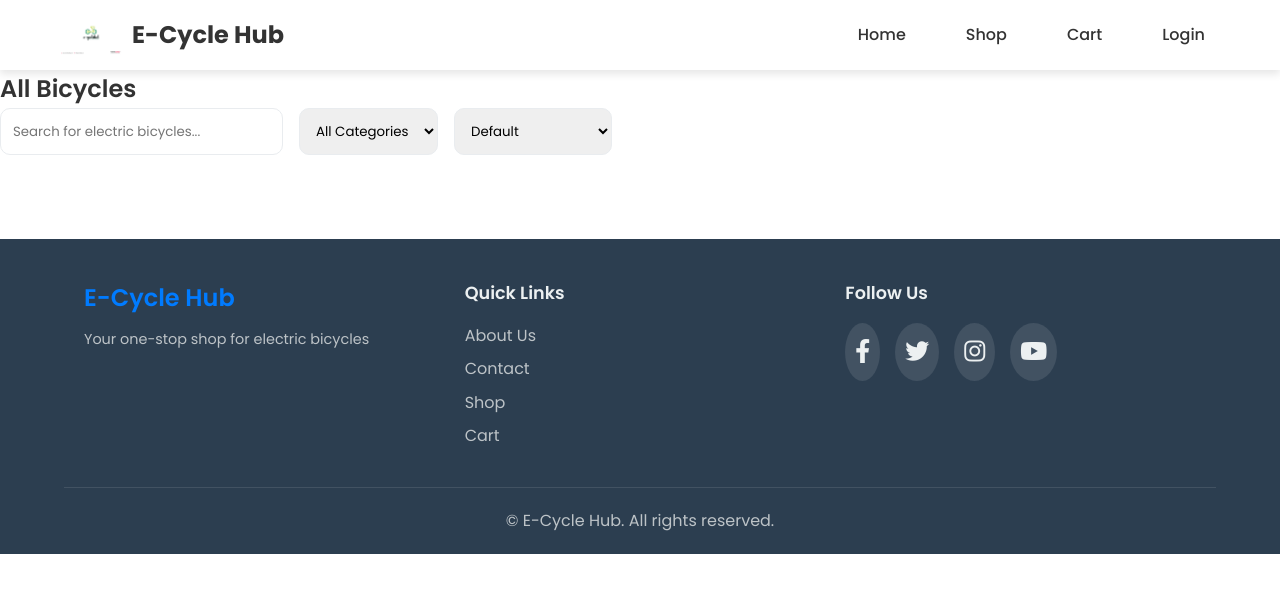
Repository: Rutuja-g/E-Cycle-Hub
Page: public/products.html
The author's editor kept a copy of each file at every save. The page is drawn from the files as they stood at one save, then again after the next save.
The browser window is 1280 px wide. The pictures show the whole page.

Above is the page before, as saved 2025-10-24 16:01:45.
Console error: ReferenceError: l is not defined

After the next save:
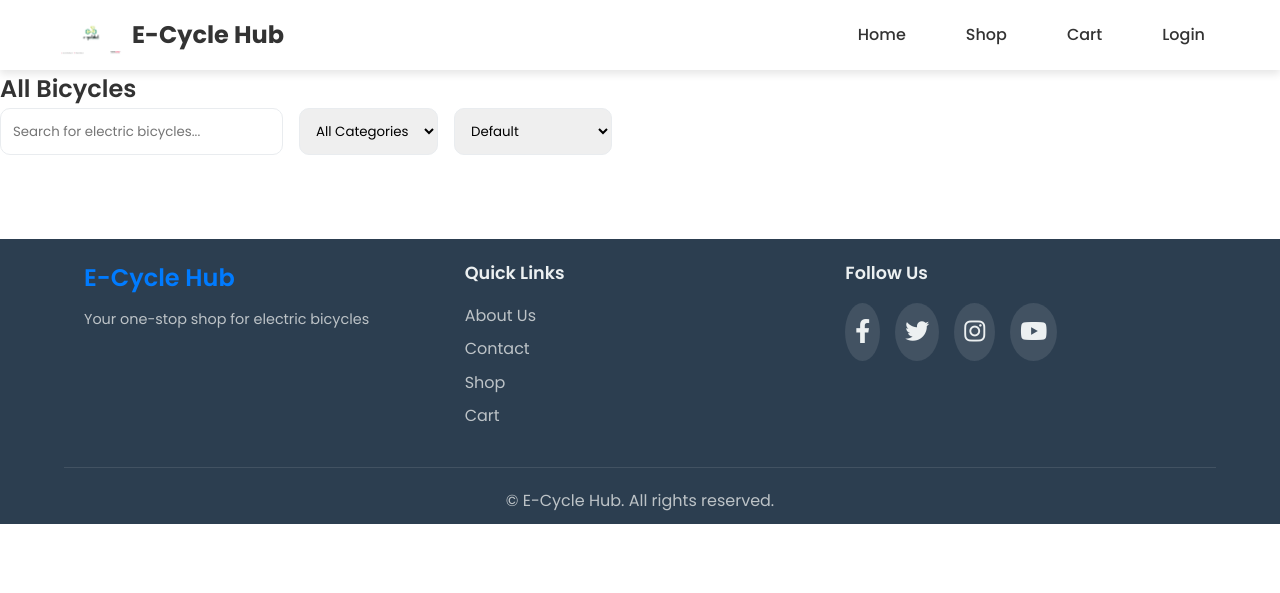
Saved 88 s later.
--- a/public/css/main.css
+++ b/public/css/main.css
@@ -506,7 +506,7 @@ a:hover {
 .footer {
   background: #2c3e50;
   color: #ecf0f1;
-  padding: 40px 0 20px;
+  padding: 20px 0 10px;
   margin-top: auto;
 }
 
